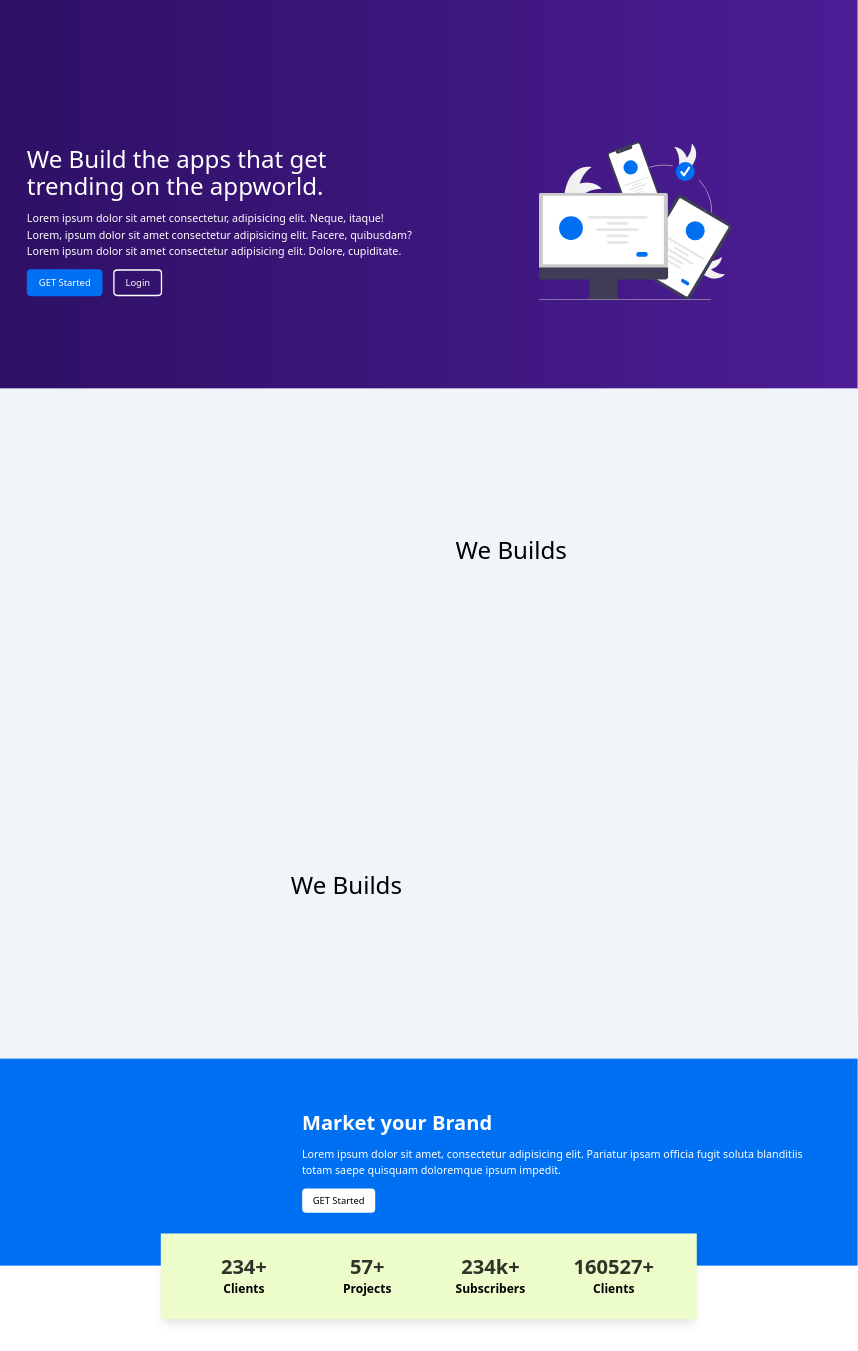
Repository: Kish202/Coz-Marketing-Site
Page: / (app in frontend/)
These files come from the project's save history. The page is drawn as it stood at one moment and after the next save; the edit follows.
The browser window is 1280 px wide. The pictures show the whole page, at 67% of full size.
Pictures or frames that could not be fetched are drawn as grey boxes. The project was rebuilt for these pictures with package versions that can differ from the ones it lists, and the page was loaded fresh each time. Also part of the build but not shown: frontend/vite.config.js.

Above is the page before, as saved 2025-03-18 13:21:57.

After the next save:
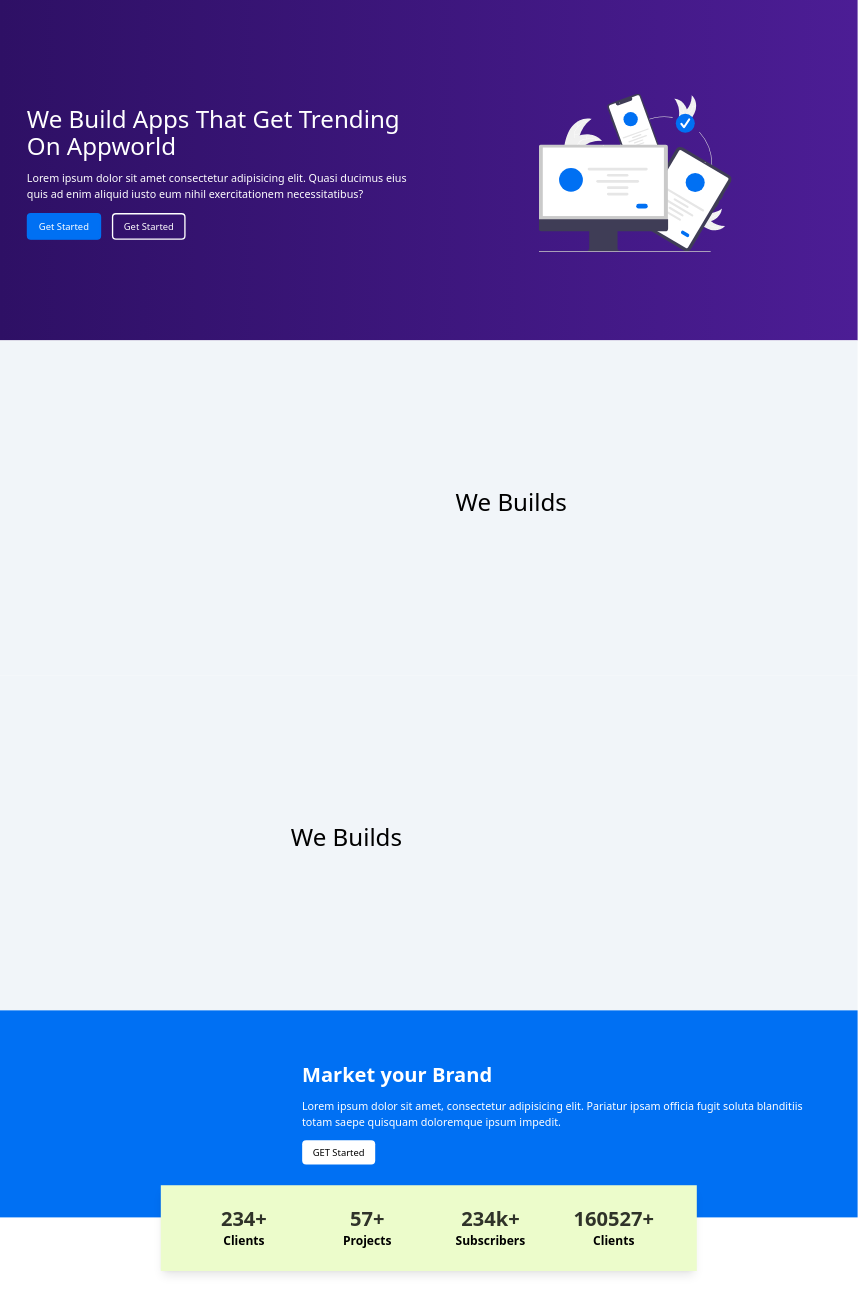
Saved 11 min 12 s later.
--- a/frontend/src/components/Hero/Hero.jsx
+++ b/frontend/src/components/Hero/Hero.jsx
@@ -1,62 +1,121 @@
-import React from 'react'
+// import React from 'react'
 import Banner from "../../assets/thebanner.svg"
-function Hero() {
-  return (
-           <main className="bg-gradient-to-r  from-violet-950 to-violet-900 pt-20 dark:bg-violet-950">
+// function Hero() {
+//   return (
+//            <main className="bg-gradient-to-r  from-violet-950 to-violet-900 pt-20 dark:bg-violet-950">
 
-<section className="container flex h-[650px] flex-col  items-center justify-center md:h-[500px] ">
-<div className="grid grid-cols-1 items-center gap-8 dark:text-white md:grid-cols-2">
+// <section className="container flex h-[650px] flex-col  items-center justify-center md:h-[500px]   ">
+// <div className="grid grid-cols-1 items-center gap-8 dark:text-white md:grid-cols-2">
 
 
 
-<div className="flex flex-col items-center gap-4 text-center text-white md:items-start md:text-left">
+// <div className="flex flex-col items-center gap-4 text-center text-white md:items-start md:text-left">
 
-<h1 className="text-4xl">
-    We Build the apps that get trending on the appworld.
+// <h1 className="text-4xl">
+//     We Build the apps that get trending on the appworld.
 
-</h1>
+// </h1>
 
-<p className=" *:">
+// <p className=" *:">
 
-Lorem ipsum dolor sit amet consectetur, adipisicing elit. Neque, itaque!
-Lorem, ipsum dolor sit amet consectetur adipisicing elit. Facere, quibusdam?
-Lorem ipsum dolor sit amet consectetur adipisicing elit. Dolore, cupiditate.
+// Lorem ipsum dolor sit amet consectetur, adipisicing elit. Neque, itaque!
+// Lorem, ipsum dolor sit amet consectetur adipisicing elit. Facere, quibusdam?
+// Lorem ipsum dolor sit amet consectetur adipisicing elit. Dolore, cupiditate.
 
-</p>
+// </p>
 
 
-<div className="space-x-4">
+// <div className="space-x-4">
 
-       <button className="rounded-md border-2 border-primary bg-primary px-4 py-2 text-sm text-white transition-colors duration-300 hover:bg-primary/80">
-   GET Started
-    </button>
+//        <button className="rounded-md border-2 border-primary bg-primary px-4 py-2 text-sm text-white transition-colors duration-300 hover:bg-primary/80">
+//    GET Started
+//     </button>
 
-       <button className="rounded-md border-2 border-white px-4 py-2 text-sm text-white transition-colors duration-300" >
+//        <button className="rounded-md border-2 border-white px-4 py-2 text-sm text-white transition-colors duration-300" >
 
-Login
+// Login
 
-    </button>
-</div>
+//     </button>
+// </div>
 
-</div>
+// </div>
 
-<div className="mx-auto max-w-xs p-4">
+// <div
+// data-aos="fade-left"
+// data-aos-duration="400"
+// data-aos-once="true"
 
-    <img src={Banner} alt="No image" className="hover:drop-shadow-md"/>
+// className="mx-auto max-w-xs p-4">
+
+//     <img src={Banner} alt="No image" className="hover:drop-shadow-md"/>
 
 
-</div>
+// </div>
 
 
-</div>
-</section>
+// </div>
+// </section>
 
 
 
-        </main>
+//         </main>
 
 
-  )
-}
+//   )
+// }
 
-export default Hero
+
+
+// export default Hero
+
+
+
+
+
+
+import React from "react";
+// import Banner from "../../assets/undraw_real_time_sync_re_nky7.svg";
+
+const Hero = () => {
+  return (
+    <main className="bg-gradient-to-r from-violet-950 to-violet-900 pt-2 dark:bg-violet-950">
+      <section className="container flex h-[650px] flex-col items-center justify-center md:h-[500px] ">
+        <div className="grid grid-cols-1 items-center gap-8 dark:text-white md:grid-cols-2">
+          <div
+            data-aos="fade-right"
+            data-aos-duration="700"
+            data-aos-once="false"
+            className="flex flex-col items-center gap-4 text-center text-white md:items-start md:text-left "
+          >
+            <h1 className=" text-4xl ">
+              We Build Apps That Get Trending On Appworld
+            </h1>
+            <p className="">
+              Lorem ipsum dolor sit amet consectetur adipisicing elit. Quasi
+              ducimus eius quis ad enim aliquid iusto eum nihil exercitationem
+              necessitatibus?
+            </p>
+            <div className="space-x-4">
+              <button className="rounded-md border-2 border-primary bg-primary px-4 py-2 text-sm text-white transition-colors duration-300 hover:bg-primary/80">
+                Get Started
+              </button>
+              <button className="border-1  rounded-md border-2 border-white px-4 py-2 text-sm text-white transition-colors duration-300 ">
+                Get Started
+              </button>
+            </div>
+          </div>
+          <div
+            data-aos="fade-left"
+            data-aos-duration="400"
+            data-aos-once="false"
+            className="mx-auto max-w-xs p-4"
+          >
+            <img src={Banner} alt="No image" className="hover:drop-shadow-md" />
+          </div>
+        </div>
+      </section>
+    </main>
+  );
+};
+
+export default Hero;
